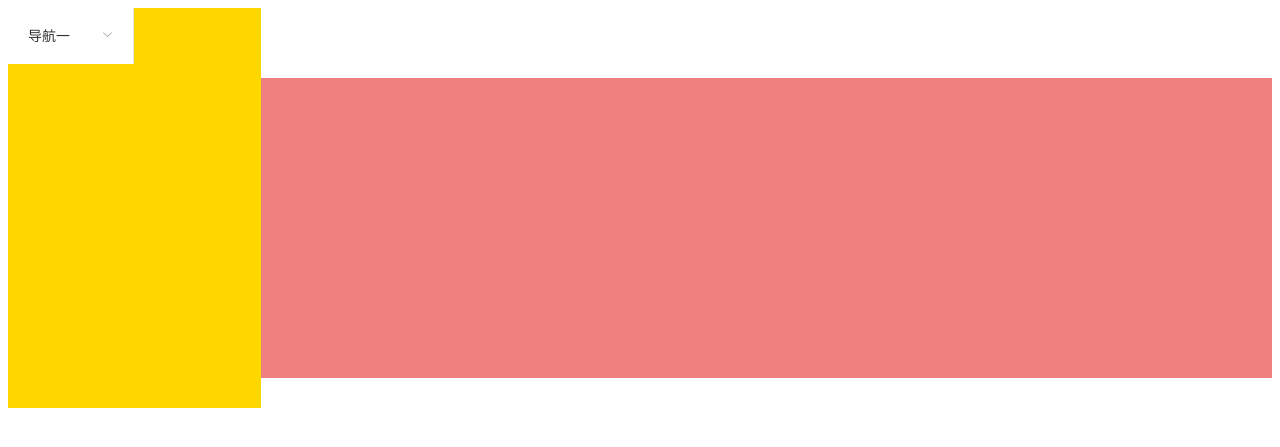
Repository: he-ming-de/vue-back
Page: /
These files come from the project's save history. The page is drawn as it stood at one moment and after the next save; the edit follows.
The browser window is 1280 px wide. The pictures show the whole page.
The page's requests for data from a server got no answer. The project was rebuilt for these pictures with package versions that can differ from the ones it lists, and the page was loaded fresh each time. No one was signed in, and anything a server would have sent is missing.

Above is the page before, as saved 2020-08-27 15:53:20.

After the next save:
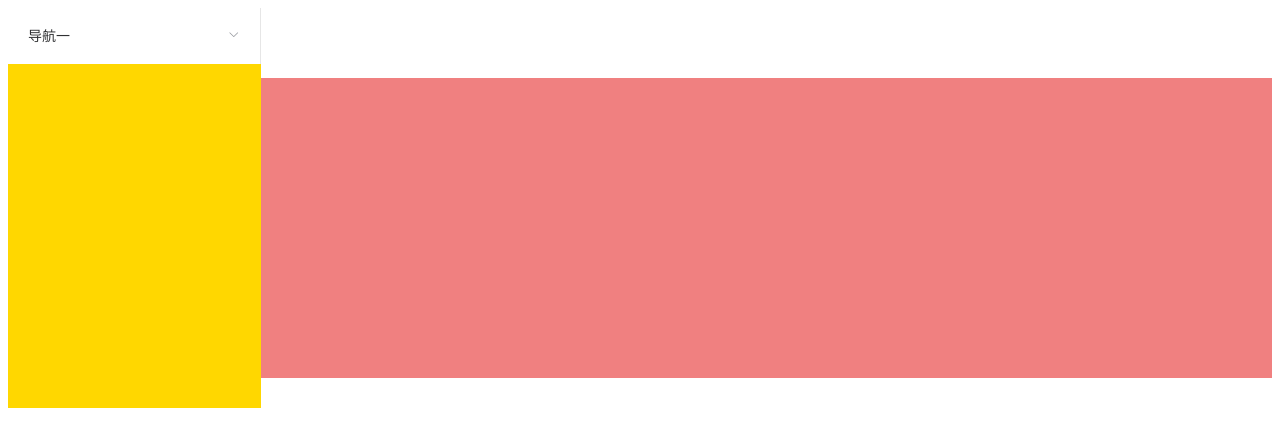
Saved 28 s later.
--- a/src/views/Home.vue
+++ b/src/views/Home.vue
@@ -2,7 +2,7 @@
   <div class="d-flex">
     <div class="sidebar">
       <el-row class="tac">
-        <el-col :span="12">
+        <el-col>
           <el-menu
             default-active="2"
             class="el-menu-vertical-demo"
